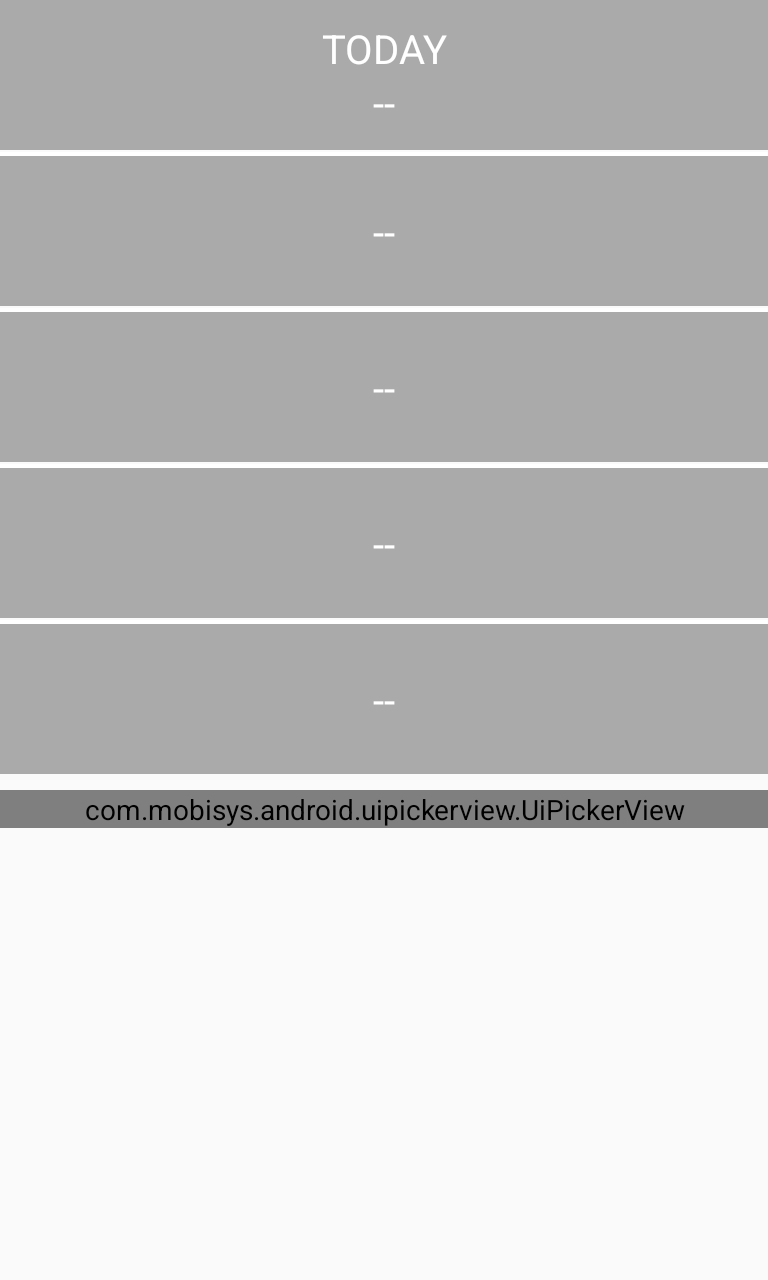
Repository: HighAley/android-uipicker
Layout: android-ui-picker-view/res/layout/activity_main.xml
These files come from the project's save history. The layout is drawn as it stood at one moment and after the next save; the edit follows.
Pictures or frames that could not be fetched are drawn as grey boxes. It is drawn on a 768 x 1280 px phone screen (xhdpi) without system bars, with theme AppTheme; the app's code is not run.

Above is the layout before, as saved 2014-10-02 06:38:32.

### android-ui-picker-view/res/layout/activity_main.xml
<LinearLayout xmlns:android="http://schemas.android.com/apk/res/android"
    xmlns:app= "http://schemas.android.com/apk/res/com.mobisys.android.uipickerview"
    android:layout_width="match_parent"
    android:layout_height="match_parent"
    android:orientation="vertical">
    <RelativeLayout android:id="@+id/layout_start"
            android:layout_width="fill_parent"
            android:layout_height="75dp"
            android:paddingTop="5dp"
            android:paddingBottom="5dp"
            android:gravity="center"
            android:clickable="true"
            android:background="@android:color/darker_gray">
            <TextView android:id="@+id/event_day"
                android:layout_width="fill_parent"
                android:layout_height="wrap_content"
                android:gravity="center"
                android:text="@string/today"
                android:textColor="@color/white"
                android:textSize="20dp"/>
            <TextView android:id="@+id/event_time"
                android:layout_width="fill_parent"
                android:layout_height="wrap_content"
                android:layout_below="@id/event_day"
                android:gravity="center"
                android:text="--"
                android:textColor="@color/white"
                android:textSize="20dp"/>
        </RelativeLayout>

        <View android:layout_width="fill_parent"
            android:layout_height="2dp"
            android:background="@android:color/white"
            android:layout_marginTop="1dp"/>
        <RelativeLayout android:id="@+id/layout_start_Date"
            android:layout_width="fill_parent"
            android:layout_height="75dp"
            android:paddingTop="5dp"
            android:paddingBottom="5dp"
            android:gravity="center"
            android:clickable="true"
            android:background="@android:color/darker_gray">

            <TextView android:id="@+id/event_time1"
                android:layout_width="fill_parent"
                android:layout_height="wrap_content"
                android:gravity="center"
                android:text="--"
                android:textColor="@color/white"
                android:textSize="20dp"/>
        </RelativeLayout>

         <View android:layout_width="fill_parent"
            android:layout_height="2dp"
            android:background="@android:color/white"
            android:layout_marginTop="1dp"/>
        <RelativeLayout android:id="@+id/layout_start_Time"
            android:layout_width="fill_parent"
            android:layout_height="75dp"
            android:paddingTop="5dp"
            android:paddingBottom="5dp"
            android:gravity="center"
            android:clickable="true"
            android:background="@android:color/darker_gray">

            <TextView android:id="@+id/event_time2"
                android:layout_width="fill_parent"
                android:layout_height="wrap_content"
                android:gravity="center"
                android:text="--"
                android:textColor="@color/white"
                android:textSize="20dp"/>
        </RelativeLayout>

         <View android:layout_width="fill_parent"
            android:layout_height="2dp"
            android:background="@android:color/white"
            android:layout_marginTop="1dp"/>
        <RelativeLayout android:id="@+id/layout_start_String"
            android:layout_width="fill_parent"
            android:layout_height="75dp"
            android:paddingTop="5dp"
            android:paddingBottom="5dp"
            android:gravity="center"
            android:clickable="true"
            android:background="@android:color/darker_gray">

            <TextView android:id="@+id/event_String"
                android:layout_width="fill_parent"
                android:layout_height="wrap_content"
                android:gravity="center"
                android:text="--"
                android:textColor="@color/white"
                android:textSize="20dp"/>
        </RelativeLayout>

         <View android:layout_width="fill_parent"
            android:layout_height="2dp"
            android:background="@android:color/white"
            android:layout_marginTop="1dp"/>
        <RelativeLayout android:id="@+id/layout_start_integer"
            android:layout_width="fill_parent"
            android:layout_height="75dp"
            android:paddingTop="5dp"
            android:paddingBottom="5dp"
            android:gravity="center"
            android:clickable="true"
            android:background="@android:color/darker_gray">

            <TextView android:id="@+id/event_integer"
                android:layout_width="fill_parent"
                android:layout_height="wrap_content"
                android:gravity="center"
                android:text="--"
                android:textColor="@color/white"
                android:textSize="20sp"/>
        </RelativeLayout>

        <com.mobisys.android.uipickerview.UiPickerView android:id="@+id/app"
            xmlns:app="http://schemas.android.com/apk/res-auto"
            android:layout_width="fill_parent"
            android:layout_height="wrap_content"
            app:positiveButtonTextColor="@color/Acquamarine"
            app:negativeButtonTextColor="@color/Acquamarine"
            app:titleTextColor="@color/red"
            app:pickerType="date"
            app:titleBackgroundColor="@color/pink"
            app:selectedItemTextColor="@color/pink"
            app:itemsTextColor="@color/pink"
            app:selectedDrawable="@android:drawable/list_selector_background"
            app:pickerBackgroungColor="@color/pink"
            android:layout_marginTop="8dp"
            android:text="Custom Button"/>
</LinearLayout>

### android-ui-picker-view/res/values/styles.xml
<resources>

    <!--
        Base application theme, dependent on API level. This theme is replaced
        by AppBaseTheme from res/values-vXX/styles.xml on newer devices.
    -->
    <style name="AppBaseTheme" parent="Theme.AppCompat.Light">
        <!--
            Theme customizations available in newer API levels can go in
            res/values-vXX/styles.xml, while customizations related to
            backward-compatibility can go here.
        -->
    </style>

    <!-- Application theme. -->
    <style name="AppTheme" parent="AppBaseTheme">
        <!-- All customizations that are NOT specific to a particular API-level can go here. -->
    </style>

    <style name="DialogAnimation">
        <item name="android:windowEnterAnimation">@anim/slide_up_dialog</item>
        <item name="android:windowExitAnimation">@anim/slide_out_down</item>
   </style>

    <!-- Animation for dialog box -->
    <style name="DialogSlideAnim" parent="@android:style/Theme.Dialog">
        <item name="android:windowAnimationStyle">@style/DialogAnimation</item>
        <item name="android:windowBackground">@android:color/transparent</item>
    </style>
</resources>

### android-ui-picker-view/res/values/colors.xml
<?xml version="1.0" encoding="utf-8"?>
<resources>
    <color name="main_color">#8666b2</color>
    <color name="main_color_transparent">#cc8666b2</color>
    <color name="main_color_light">#f6f0fb</color>
    <color name="main_color_gray">#f3f3f3</color>
    <color name="main_color_text">#a28ac3</color>
    <color name="main_color_disabled">#c2b2d8</color>
    <color name="main_color_blackish">#7e628d</color>
    <color name="main_bg">#f6f0fb</color>
    <color name="sliding_menu_bg">#e0e2e6</color>
    <color name="sliding_menu_header_bg">#f2f3f4</color>
    <color name="actionbar_blue">#5fb0d2</color>
    <color name="title_color">#7e89a5</color>
    <color name="white_transparent">#18ffffff</color>
    <color name="white_transparent_tile">#40ffffff</color>
    <color name="black_transparent">#18000000</color>
    <color name="white">@android:color/white</color>
    <color name="black">@android:color/black</color>
    <color name="divider_dark_gray">#aaaaaa</color>
    <color name="divider_light_gray">#cccccc</color>
    <color name="red_text">#ce1100</color>
    <color name="darker_gray_bg">#cccccc</color>
    <color name="black_text">#555555</color>
    <color name="gray_text">#999999</color>
    <color name="label">#8690ab</color>
    <color name="pink">#c05c99</color>
    <color name="transparent_pink">#885473</color>
    <color name="red">#df2056</color>
    <color name="tile0">#d25945</color>
    <color name="tile1">#c3a165</color>
    <color name="tile2">#629b6e</color>
    <color name="tile3">#d58b8b</color>
    <color name="tile4">#8666b2</color>
    <color name="tile5">#65b3b9</color>
    <color name="tile0_pressed">#915349</color>
    <color name="tile1_pressed">#897759</color>
    <color name="tile2_pressed">#59745d</color>
    <color name="tile3_pressed">#926c6c</color>
    <color name="tile5_pressed">#5a8083</color>
    <color name="menu_separator">#191918</color>
    <color name="menu_bg">#1c1c1b</color>
    <color name="transparent_black">#30000000</color>
    <color name="btn_bg">#30000000</color>

    <color name="wheel_sel_text_color">#8666b2</color>
    <color name="wheel_unsel_text_color">#508666b2</color>

    <color name="chart_color1">#6a4e78</color>
    <color name="chart_color2">#b48f57</color>
    <color name="chart_color3">#c34139</color>
    <color name="chart_color4">#caaa27</color>
    <color name="chart_color5">#528b5b</color>
    <color name="chart_color6">#bb8327</color>
    <color name="chart_color7">#6394ec</color>
    <color name="Acquamarine">#7FFFD4</color>
</resources>

Loaded but not shown: android-ui-picker-view/res/values/strings.xml (290 lines, source omitted)

After the next save:
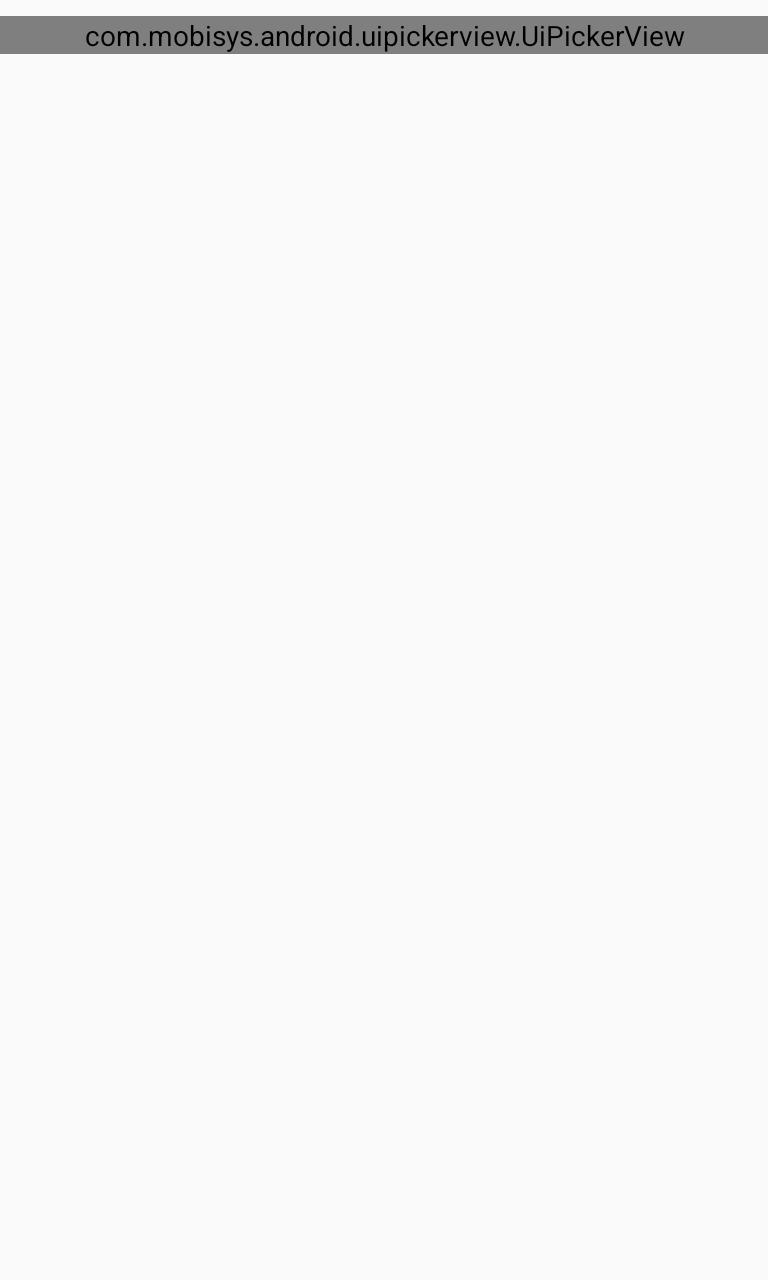
Saved 39 s later.
--- a/android-ui-picker-view/res/layout/activity_main.xml
+++ b/android-ui-picker-view/res/layout/activity_main.xml
@@ -3,118 +3,6 @@
     android:layout_width="match_parent"
     android:layout_height="match_parent"
     android:orientation="vertical">
-    <RelativeLayout android:id="@+id/layout_start"
-            android:layout_width="fill_parent"
-            android:layout_height="75dp"
-            android:paddingTop="5dp"
-            android:paddingBottom="5dp"
-            android:gravity="center"
-            android:clickable="true"
-            android:background="@android:color/darker_gray">
-            <TextView android:id="@+id/event_day"
-                android:layout_width="fill_parent"
-                android:layout_height="wrap_content"
-                android:gravity="center"
-                android:text="@string/today"
-                android:textColor="@color/white"
-                android:textSize="20dp"/>
-            <TextView android:id="@+id/event_time"
-                android:layout_width="fill_parent"
-                android:layout_height="wrap_content"
-                android:layout_below="@id/event_day"
-                android:gravity="center"
-                android:text="--"
-                android:textColor="@color/white"
-                android:textSize="20dp"/>
-        </RelativeLayout>
-
-        <View android:layout_width="fill_parent"
-            android:layout_height="2dp"
-            android:background="@android:color/white"
-            android:layout_marginTop="1dp"/>
-        <RelativeLayout android:id="@+id/layout_start_Date"
-            android:layout_width="fill_parent"
-            android:layout_height="75dp"
-            android:paddingTop="5dp"
-            android:paddingBottom="5dp"
-            android:gravity="center"
-            android:clickable="true"
-            android:background="@android:color/darker_gray">
-
-            <TextView android:id="@+id/event_time1"
-                android:layout_width="fill_parent"
-                android:layout_height="wrap_content"
-                android:gravity="center"
-                android:text="--"
-                android:textColor="@color/white"
-                android:textSize="20dp"/>
-        </RelativeLayout>
-
-         <View android:layout_width="fill_parent"
-            android:layout_height="2dp"
-            android:background="@android:color/white"
-            android:layout_marginTop="1dp"/>
-        <RelativeLayout android:id="@+id/layout_start_Time"
-            android:layout_width="fill_parent"
-            android:layout_height="75dp"
-            android:paddingTop="5dp"
-            android:paddingBottom="5dp"
-            android:gravity="center"
-            android:clickable="true"
-            android:background="@android:color/darker_gray">
-
-            <TextView android:id="@+id/event_time2"
-                android:layout_width="fill_parent"
-                android:layout_height="wrap_content"
-                android:gravity="center"
-                android:text="--"
-                android:textColor="@color/white"
-                android:textSize="20dp"/>
-        </RelativeLayout>
-
-         <View android:layout_width="fill_parent"
-            android:layout_height="2dp"
-            android:background="@android:color/white"
-            android:layout_marginTop="1dp"/>
-        <RelativeLayout android:id="@+id/layout_start_String"
-            android:layout_width="fill_parent"
-            android:layout_height="75dp"
-            android:paddingTop="5dp"
-            android:paddingBottom="5dp"
-            android:gravity="center"
-            android:clickable="true"
-            android:background="@android:color/darker_gray">
-
-            <TextView android:id="@+id/event_String"
-                android:layout_width="fill_parent"
-                android:layout_height="wrap_content"
-                android:gravity="center"
-                android:text="--"
-                android:textColor="@color/white"
-                android:textSize="20dp"/>
-        </RelativeLayout>
-
-         <View android:layout_width="fill_parent"
-            android:layout_height="2dp"
-            android:background="@android:color/white"
-            android:layout_marginTop="1dp"/>
-        <RelativeLayout android:id="@+id/layout_start_integer"
-            android:layout_width="fill_parent"
-            android:layout_height="75dp"
-            android:paddingTop="5dp"
-            android:paddingBottom="5dp"
-            android:gravity="center"
-            android:clickable="true"
-            android:background="@android:color/darker_gray">
-
-            <TextView android:id="@+id/event_integer"
-                android:layout_width="fill_parent"
-                android:layout_height="wrap_content"
-                android:gravity="center"
-                android:text="--"
-                android:textColor="@color/white"
-                android:textSize="20sp"/>
-        </RelativeLayout>
 
         <com.mobisys.android.uipickerview.UiPickerView android:id="@+id/app"
             xmlns:app="http://schemas.android.com/apk/res-auto"
